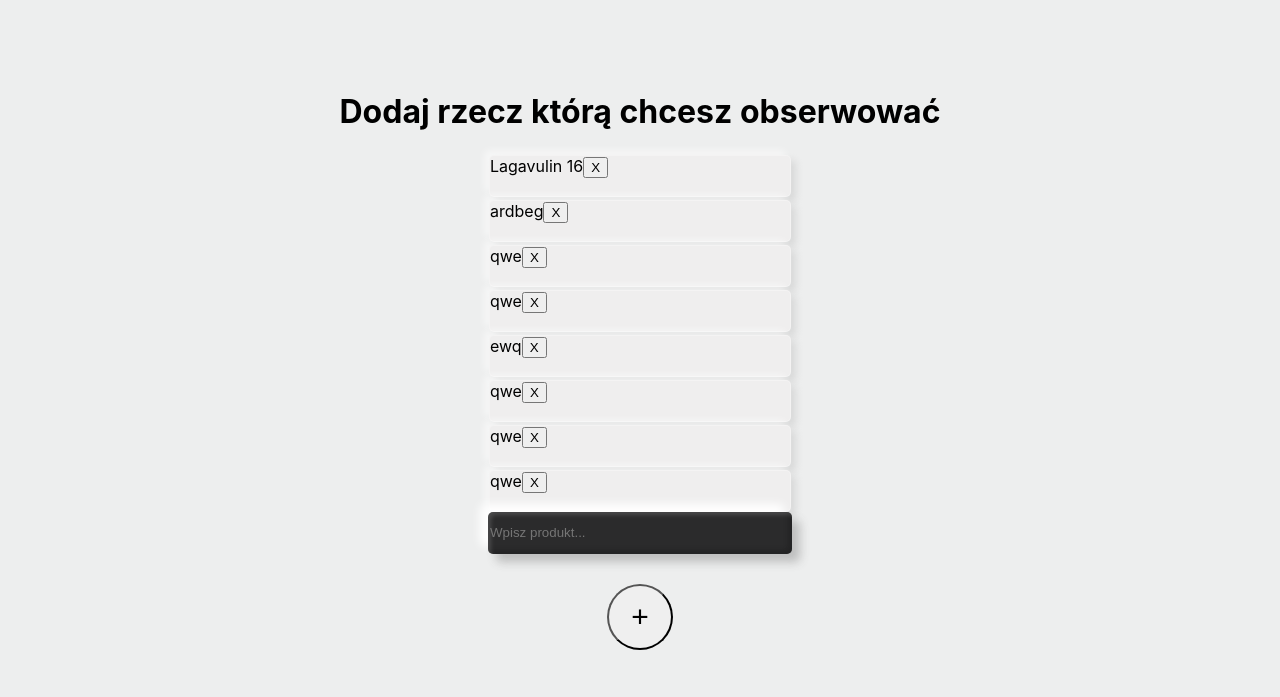
Repository: matedoo/crawler
Page: /MainApp
The author's editor kept a copy of each file at every save. The page is drawn from the files as they stood at one save, then again after the next save.
The browser window is 1280 px wide. The pictures show the whole page.
The project was rebuilt for these pictures with package versions that can differ from the ones it lists, and the page was loaded fresh each time. Requests to the local data server were answered from the project's data file. Also part of the build but not shown: src/Components/button.js, src/Components/LoginComponents/LoginApp.js, src/Components/LoginComponents/RegisterApp.js, src/Components/btnContainer.js, src/Components/heading.js, src/Components/LoginComponents/StartApp.js.

Above is the page before, as saved 2020-05-01 18:18:23.

### public/index.html
<!DOCTYPE html>
<html lang="en">
  <head>
    <meta charset="utf-8" />
    <link rel="icon" href="%PUBLIC_URL%/favicon.ico" />
    <meta name="viewport" content="width=device-width, initial-scale=1" />
    <meta name="theme-color" content="#000000" />
    <meta
      name="description"
      content="Web site created using create-react-app"
    />
    <link rel="apple-touch-icon" href="%PUBLIC_URL%/logo192.png" />
    <!--
      manifest.json provides metadata used when your web app is installed on a
      user's mobile device or desktop. See https://developers.google.com/web/fundamentals/web-app-manifest/
    -->
    <link rel="manifest" href="%PUBLIC_URL%/manifest.json" />
    <!--
      Notice the use of %PUBLIC_URL% in the tags above.
      It will be replaced with the URL of the `public` folder during the build.
      Only files inside the `public` folder can be referenced from the HTML.

      Unlike "/favicon.ico" or "favicon.ico", "%PUBLIC_URL%/favicon.ico" will
      work correctly both with client-side routing and a non-root public URL.
      Learn how to configure a non-root public URL by running `npm run build`.
    -->
    <title>Racoon</title>
  </head>
  <body>
    <noscript>You need to enable JavaScript to run this app.</noscript>
    <div id="root"></div>

  </body>
</html>

### src/App.js
import React from 'react';
import LoginApp from './Components/LoginComponents/LoginApp'
import RegisterApp from './Components/LoginComponents/RegisterApp'
import StartApp from './Components/LoginComponents/StartApp'
import MainApp from './Components/MainApp/MainApp'
import {BrowserRouter as Router, Switch, Route} from 'react-router-dom'




class App extends React.Component {

  render(){
    return (
      <Router>
        <Switch>
          <Route path='/' exact component={StartApp}></Route>
          <Route path='/LoginApp' component={LoginApp}></Route>
          <Route path='/RegisterApp' component={RegisterApp}></Route>
          <Route path='/MainApp' component={MainApp}></Route>
        </Switch>
      </Router>
    );
  }
}



export default App;

### src/Components/MainApp/MainApp.js
import React, { useState, useEffect } from 'react';
import styled, {keyframes} from 'styled-components';
import MainAppElement from './MainAppElement'


//http://localhost:4000/items

function MainApp(props) {
  const [inputValue, setInputValue] = useState('')

  const [fetchedData, setFetchedData] = useState([])
  const [dataError, setDataError] = useState(null)
  const [inputError, setInputError] = useState('')
  const [isLoading, setIsLoading] = useState(true)

  useEffect(() => {
    const myFetch = async () => {
      setIsLoading(true)

      try {
        const response = await fetch(`http://localhost:4000/items`)
        const responseParsed = await response.json()

        setIsLoading(false)
        setFetchedData(responseParsed)

      } catch(dataError){
        setIsLoading(false)
        setDataError(dataError)
      }

    }
    myFetch()
  }, [])

  if(isLoading){
    return <LoadSpinner></LoadSpinner>
  }
  if(dataError){
    return <p>Error...</p>
  }

  const handleInputChange = (event) => {
    const { value } = event.target

    setInputValue(value)

  }
  const handleButtonClick = () => {

    if(!inputValue) return;
    if(fetchedData.some(el => el.title === inputValue)){
      setInputError('Ten przedmiot już jest na liście')
      return;
    }else{
      fetch('http://localhost:4000/items', {
        method: 'POST', // or 'PUT'
        headers: {
          'Content-Type': 'application/json',
        },
        body: JSON.stringify({
          title: inputValue
      }),
      })
      .then((response) => response.json())
      .then((data) => {

        setFetchedData([...fetchedData, data])
        setInputError('')
        setInputValue('')
        console.log('Success:', data);
      })
      .catch((error) => {
        console.error('Error:', error);
      });
    }


  }

  const handleElementRemove = (elID) => {
    fetch(`http://localhost:4000/items/${elID}`, {
        method: 'DELETE', // or 'PUT'
      })
      .then(() => {
        setFetchedData(fetchedData.filter(el => el.id !== elID))

      }).catch(err => {
       console.error(err)
      });

  }

    return (
      <LoginAppStyled>
        <h1>Dodaj rzecz którą chcesz obserwować</h1>
        {fetchedData.map((el, index) => (
          <MainAppElement
            key={index}
            value={el.id}
            element={el.title}
            handleCloseClick={handleElementRemove}
          />
        ))}
        <AddInput
          name='listelemt'
          placeholder='Wpisz produkt...'
          value={inputValue}
          onChange={handleInputChange}
        />
        <AddButton onClick={handleButtonClick}></AddButton>
        {!!inputError &&
        <p>{inputError}</p>
        }
      </LoginAppStyled>
    );

}

export default MainApp;

const loadingspin = keyframes`
  from {
    transform: rotate(0deg);
  }

  to {
    transform: rotate(360deg);
  }
`;
const LoadSpinner = styled.div`
  position: absolute;
  top: 50%;
  left: 49%;
  pointer-events: none;
	width: 2.5em;
	height: 2.5em;
	border: 0.4em solid transparent;
	border-color: #eee;
	border-top-color: #000;
	border-radius: 50%;
	animation: ${loadingspin} 1s linear infinite;
`
const AddInput = styled.input`
  width: 300px;
  height: 40px;
  border-radius: 5px;
  border: 0;
  color: #fff;
  box-shadow: -8px -8px 10px 0 #ffffff, 8px 8px 10px 0 rgba(80, 78, 78, 0.3), inset 3px 3px 4px 0 rgba(255, 255, 255, 0.15), inset -4px -4px 4px 0 rgba(17, 16, 16, 0.25);
  background-color: #2b2b2c;
`
const AddButton = styled.button`
  width: 66px;
  height: 66px;
  color: #000;
  border-radius: 50px;
  font-size: 30px;
  margin-top: 30px;
  &:before{
    position: relative;
    content:"+";
  }
`
const LoginAppStyled = styled.div`
   background-color: #edeeee;
   margin: 0;
   padding:0;
   height: 100vh;
   width: 100%;
   display: flex;
   align-items: center;
   justify-content: center;
   flex-direction: column;
`

### src/Components/MainApp/MainAppElement.js
import React from 'react';
import styled from 'styled-components';

function MainAppElement(props){
    const {value, element, handleCloseClick} = props;
    return(
        <ElementStyled value={value}>
            {element}
            <button onClick={ () => handleCloseClick(value)}>X</button>
        </ElementStyled>

    )
}

export default MainAppElement;

const ElementStyled = styled.div`
  width: 300px;
  height: 40px;
  margin-top: 3px;
  border-radius: 5px;
  box-shadow: -5px -5px 7px 0 rgba(255, 255, 255, 0.5), 5px 5px 7px 0 rgba(194, 193, 192, 0.45);
  border: solid 1px rgba(255, 255, 255, 0.3);
  background-color: #efeeee;
`

### db.json
{
  "items": [
    {
      "title": "Lagavulin 16",
      "id": 1
    },
    {
      "title": "ardbeg",
      "id": 3
    },
    {
      "title": "qwe",
      "id": 4
    },
    {
      "title": "qwe",
      "id": 5
    },

    {
      "title": "ewq",
      "id": 11
    },
    {
      "title": "qwe",
      "id": 12
    },
    {
      "title": "qwe",
      "id": 13
    },
    {
      "title": "qwe",
      "id": 14
    }
  ]
}

Loaded but not shown: src/index.js (common file); src/styles/index.css (common file); src/serviceWorker.js (common file)

After the next save:
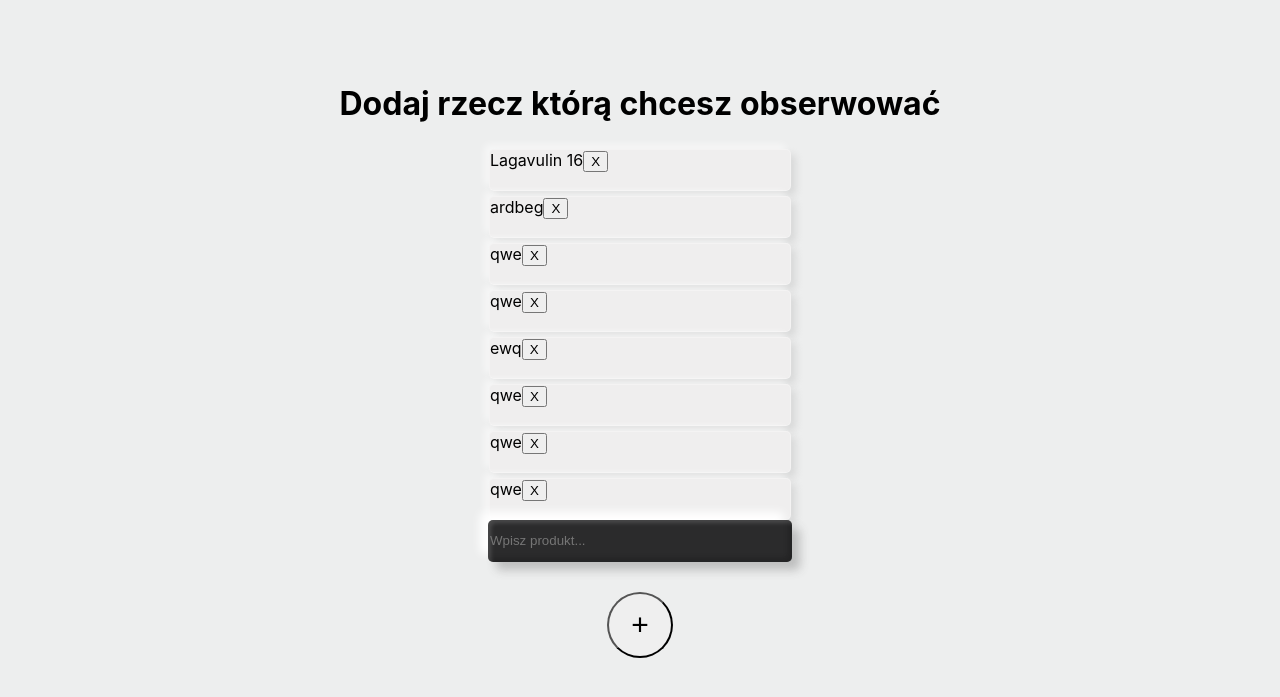
Saved 6 s later.
--- a/src/Components/MainApp/MainAppElement.js
+++ b/src/Components/MainApp/MainAppElement.js
@@ -17,7 +17,7 @@ export default MainAppElement;
 const ElementStyled = styled.div`
   width: 300px;
   height: 40px;
-  margin-top: 3px;
+  margin-top: 5px;
   border-radius: 5px;
   box-shadow: -5px -5px 7px 0 rgba(255, 255, 255, 0.5), 5px 5px 7px 0 rgba(194, 193, 192, 0.45);
   border: solid 1px rgba(255, 255, 255, 0.3);
